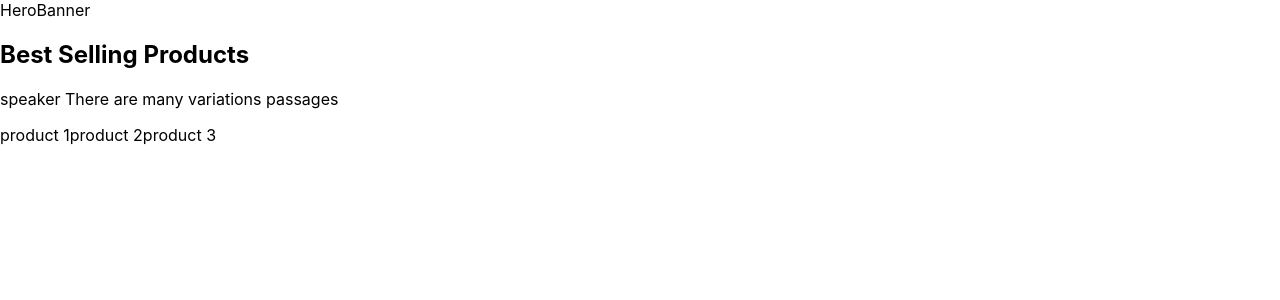
Repository: syni18/e-shop
Page: /
The author's editor kept a copy of each file at every save. The page is drawn from the files as they stood at one save, then again after a run of saves.
The browser window is 1280 px wide. The pictures show the whole page.
The project was rebuilt for these pictures with package versions that can differ from the ones it lists, and the page was loaded fresh each time. The framework's server and built-in components were replaced by stand-ins that run in the browser. Also part of the build but not shown: next.config.js.

Above is the page before, as saved 2022-08-09 01:22:24.

After the next 3 saves:
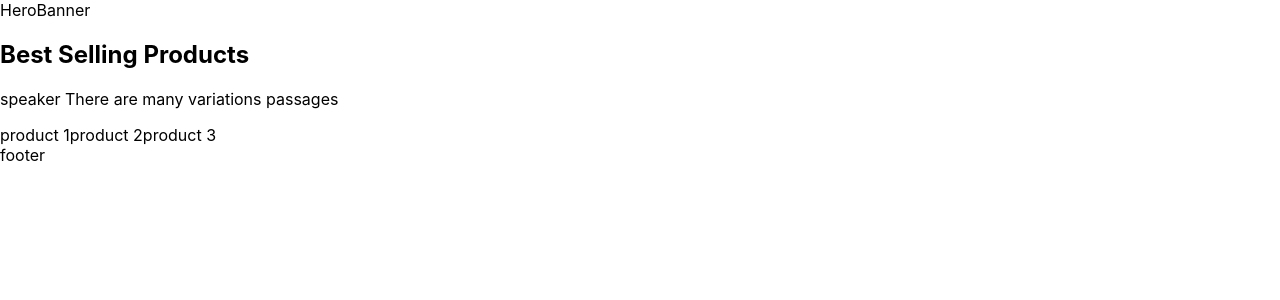
The 3 saves are shown as one change because they came seconds apart.
The last was saved 12 s later.
--- a/pages/index.js
+++ b/pages/index.js
@@ -11,6 +11,8 @@ const index = () => {
       <div>
         {['product 1', 'product 2', 'product 3'].map((product) =>product)}
       </div>
+
+      footer
     </>
   );
 }
